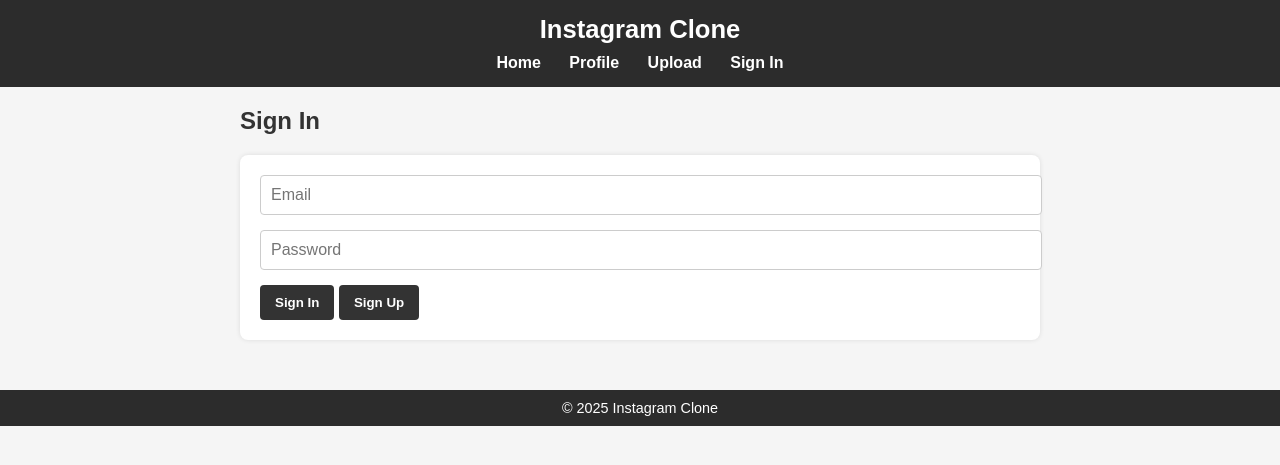
Repository: burhannaseer/CloudClips
Page: signin.html
These files come from the project's save history. The page is drawn as it stood at one moment and after the next save; the edit follows.
The browser window is 1280 px wide. The pictures show the whole page.

Above is the page before, as saved 2025-05-06 07:33:31.

### signin.html
<!DOCTYPE html>
<html lang="en">
<head>
  <meta charset="UTF-8">
  <meta name="viewport" content="width=device-width, initial-scale=1.0">
  <title>Instagram Clone - Sign In</title>
  <link rel="stylesheet" href="styles.css">
</head>
<body>
  <header>
    <div class="container">
      <h1>Instagram Clone</h1>
      <nav>
        <a href="index.html">Home</a>
        <a href="profile.html">Profile</a>
        <a href="upload.html">Upload</a>
        <a href="signin.html">Sign In</a>
      </nav>
    </div>
  </header>

  <main class="container">
    <h2>Sign In</h2>
    <form id="signinForm">
      <input type="email" id="emailSignIn" placeholder="Email" required />
      <input type="password" id="passwordSignIn" placeholder="Password" required />
      <button type="submit">Sign In</button>
      <button type="submit">Sign Up</button>
    </form>
  </main>

  <footer>
    <div class="container">&copy; 2025 Instagram Clone</div>
  </footer>

  <script src="script.js"></script>
</body>
</html>

### styles.css
/* Clean Classic Instagram Clone Theme */

body {
  font-family: Arial, sans-serif;
  background-color: #f5f5f5;
  color: #333;
  margin: 0;
  padding: 0;
}

.container {
  width: 90%;
  max-width: 800px;
  margin: 0 auto;
}

header {
  background-color: #2c2c2c;
  color: white;
  padding: 15px 0;
  text-align: center;
}

header h1 {
  margin: 0;
  font-size: 1.6em;
}

header nav {
  margin-top: 10px;
}

header nav a {
  color: white;
  text-decoration: none;
  margin: 0 12px;
  font-weight: bold;
}

header nav a:hover {
  text-decoration: underline;
}

main {
  margin-top: 30px;
}

form {
  background-color: white;
  padding: 20px;
  border-radius: 8px;
  margin-bottom: 30px;
  box-shadow: 0 0 5px rgba(0, 0, 0, 0.1);
}

input, textarea {
  width: 100%;
  margin-bottom: 15px;
  padding: 10px;
  font-size: 1rem;
  border: 1px solid #ccc;
  border-radius: 4px;
}

input[type="file"] {
  padding: 6px;
}

button {
  padding: 10px 15px;
  background-color: #333;
  color: white;
  border: none;
  border-radius: 4px;
  font-weight: bold;
  cursor: pointer;
}

button:hover {
  background-color: #555;
}

.feed {
  display: flex;
  flex-direction: column;
  gap: 20px;
}

.post {
  background-color: white;
  border-radius: 10px;
  padding: 15px;
  box-shadow: 0 0 10px rgba(0,0,0,0.05);
}

.post h3 {
  margin-bottom: 10px;
  font-size: 1.2rem;
}

.post img,
.post video {
  width: 100%;
  border-radius: 6px;
  margin-bottom: 10px;
}

.post p {
  margin: 0 0 10px;
}

.actions {
  display: flex;
  justify-content: start;
  gap: 15px;
  font-size: 1.2rem;
}

.actions span {
  cursor: pointer;
}

.actions span:hover {
  opacity: 0.7;
}

footer {
  background-color: #2c2c2c;
  color: white;
  text-align: center;
  padding: 10px 0;
  margin-top: 50px;
  font-size: 0.9em;
}

/* Responsive */
@media (max-width: 600px) {
  header nav {
    display: flex;
    flex-direction: column;
    gap: 8px;
  }
}

### script.js
// Handle Sign Up
const signupForm = document.getElementById('signupForm');
if (signupForm) {
  signupForm.addEventListener('submit', function(e) {
    e.preventDefault();

    const firstName = document.getElementById('firstName').value;
    const lastName = document.getElementById('lastName').value;
    const email = document.getElementById('email').value;
    const phone = document.getElementById('phone').value;
    const password = document.getElementById('password').value;
    const confirmPassword = document.getElementById('confirmPassword').value;

    if (!firstName || !lastName || !email || !phone || !password || !confirmPassword) {
      alert('Please fill in all fields.');
      return;
    }

    if (password !== confirmPassword) {
      alert('Passwords do not match.');
      return;
    }

    const user = {
      firstName,
      lastName,
      email,
      phone,
      password,
    };

    localStorage.setItem('user', JSON.stringify(user));
    alert('Account created successfully!');
    window.location.href = 'signin.html';
  });
}

// Handle Sign In
const signinForm = document.getElementById('signinForm');
if (signinForm) {
  signinForm.addEventListener('submit', function(e) {
    e.preventDefault();

    const email = document.getElementById('emailSignIn').value;
    const password = document.getElementById('passwordSignIn').value;

    const user = JSON.parse(localStorage.getItem('user'));

    if (!user) {
      alert('No account found. Please sign up first.');
      return;
    }

    if (user.email === email && user.password === password) {
      alert('Sign In successful!');
      window.location.href = 'index.html';
    } else {
      alert('Incorrect email or password. Please try again.');
    }
  });
}

// Handle Post Upload
const form = document.getElementById('uploadForm');
if (form) {
  form.addEventListener('submit', function(e) {
    e.preventDefault();

    const title = document.getElementById('titleInput').value;
    const fileInput = document.getElementById('mediaInput');
    const description = document.getElementById('descriptionInput').value;
    const file = fileInput.files[0];
    const reader = new FileReader();

    reader.onload = function() {
      const post = {
        title,
        media: reader.result,
        type: file.type,
        description,
        likes: 0
      };

      const posts = JSON.parse(localStorage.getItem('posts')) || [];
      posts.unshift(post);
      localStorage.setItem('posts', JSON.stringify(posts));

      alert('Post uploaded!');
      window.location.href = 'index.html';
    };

    if (file) {
      reader.readAsDataURL(file);
    }
  });
}

function renderPosts(containerId) {
  const container = document.getElementById(containerId);
  if (!container) return;

  const posts = JSON.parse(localStorage.getItem('posts')) || [];
  posts.forEach((post, index) => {
    const div = document.createElement('div');
    div.className = 'post';

    const mediaTag = post.type.startsWith('video') ?
      `<video controls width="100%"><source src="${post.media}" type="${post.type}"></video>` :
      `<img src="${post.media}" alt="">`;

    div.innerHTML = `
      <h3>${post.title || 'Untitled'}</h3>
      ${mediaTag}
      <p>${post.description}</p>
      <div class="actions">
        <span onclick="likePost(${index})">❤️ ${post.likes}</span>
        <span title="Share">🔗</span>
        <span title="Save">💾</span>
      </div>
    `;
    container.appendChild(div);
  });
}

function likePost(index) {
  const posts = JSON.parse(localStorage.getItem('posts')) || [];
  posts[index].likes++;
  localStorage.setItem('posts', JSON.stringify(posts));
  location.reload();
}

renderPosts('feed');

After the next save:
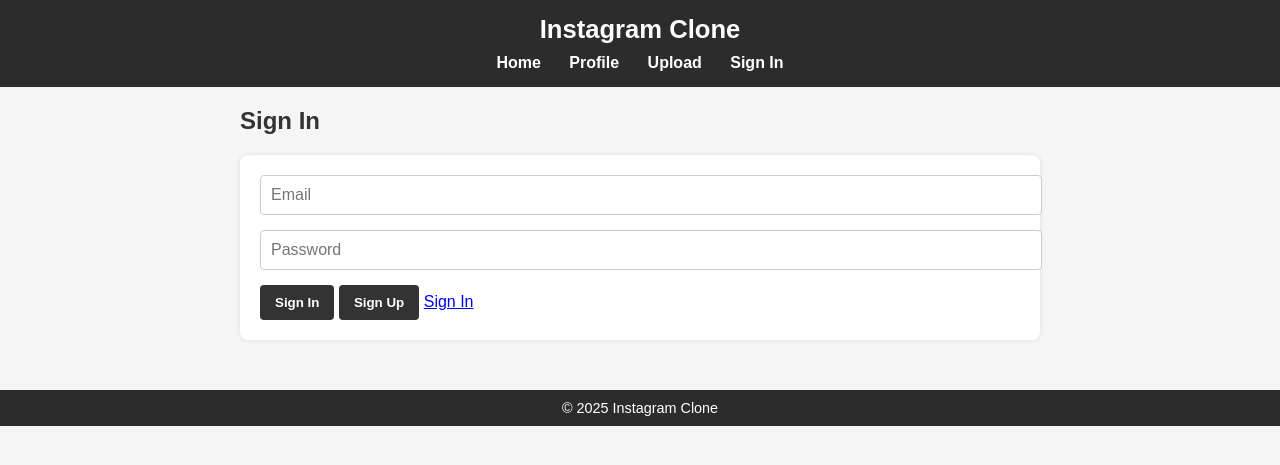
Saved 97 s later.
--- a/signin.html
+++ b/signin.html
@@ -26,6 +26,7 @@
       <input type="password" id="passwordSignIn" placeholder="Password" required />
       <button type="submit">Sign In</button>
       <button type="submit">Sign Up</button>
+      <a href="signin.html">Sign In</a>
     </form>
   </main>
 
